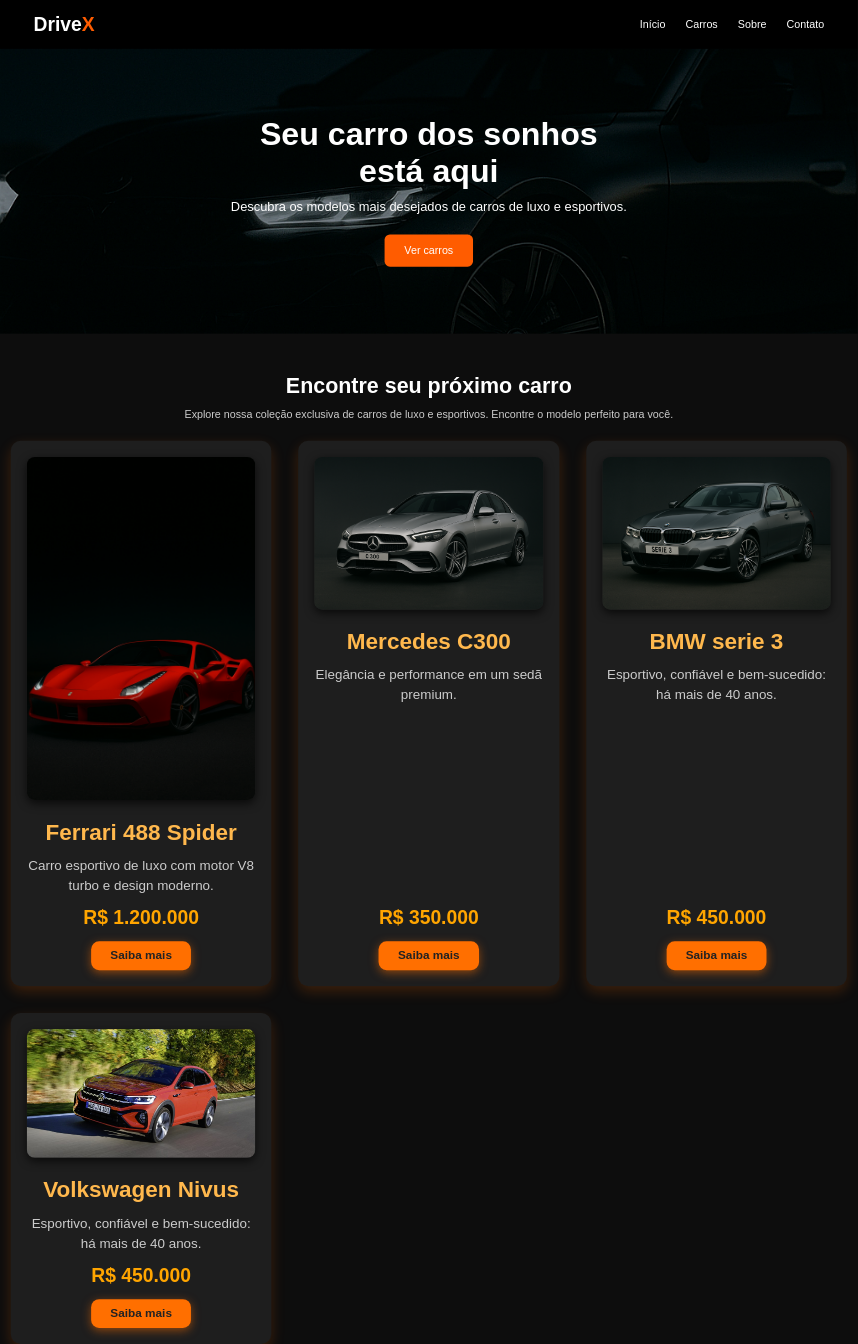
Repository: Mateushlp/DriveX
Page: index.html
The author's editor kept a copy of each file at every save. The page is drawn from the files as they stood at one save, then again after a run of saves.
The browser window is 1280 px wide. The pictures show the whole page, at 67% of full size.

Above is the page before, as saved 2025-06-23 22:04:05.

After the next 2 saves:
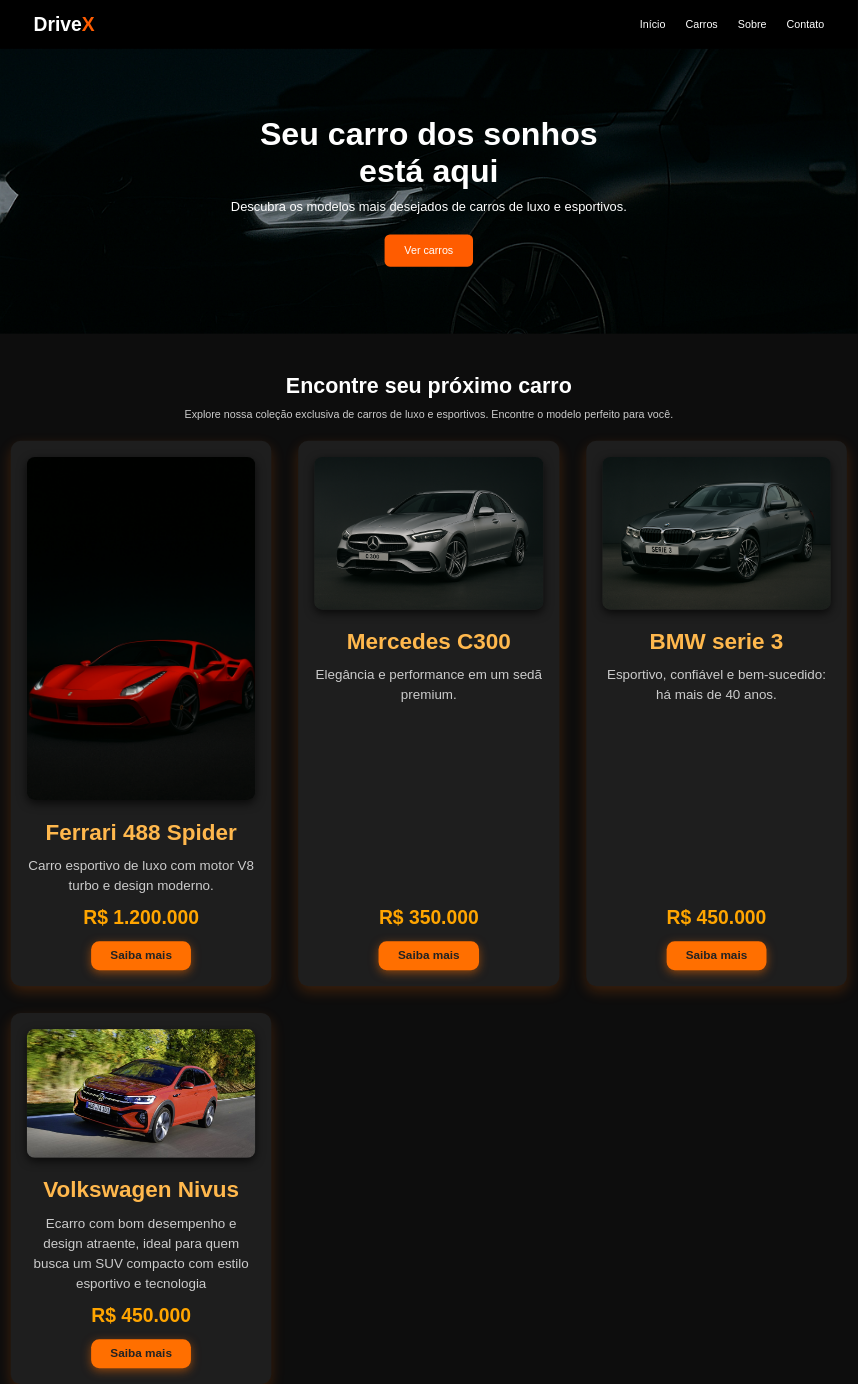
The 2 saves are shown as one change because they came seconds apart.
The last was saved 62 s later.
--- a/index.html
+++ b/index.html
@@ -74,7 +74,7 @@
       <div class="card-carro">
         <img src="./img/nivus.jpg" alt="nivus" />
         <h3> Volkswagen Nivus</h3>
-        <p>Esportivo, confiável e bem-sucedido: há mais de 40 anos.</p>
+        <p>Ecarro com bom desempenho e design atraente, ideal para quem busca um SUV compacto com estilo esportivo e tecnologia</p>
         <strong>R$ 450.000</strong>
         <button class="btn-detalhes" data-modelo="nivus">Saiba mais</button>
       </div>
